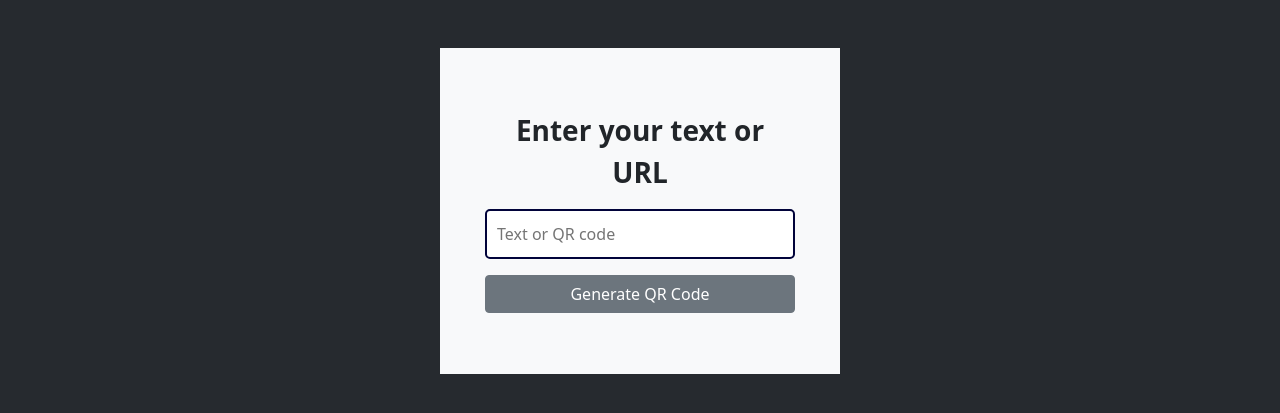
Repository: zeinawady/Qr-Code-Generator-App
Page: index.html
These files come from the project's save history. The page is drawn as it stood at one moment and after the next save; the edit follows.
The browser window is 1280 px wide. The pictures show the whole page.

Above is the page before, as saved 2024-10-30 00:32:14.

After the next save:
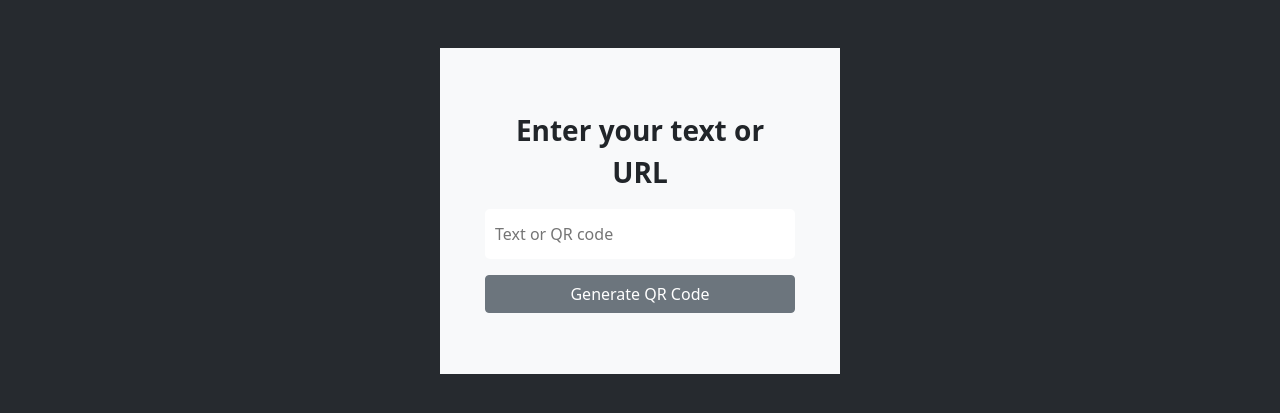
Saved 9 s later.
--- a/css/style.css
+++ b/css/style.css
@@ -8,7 +8,7 @@ body{
 input{
     width: 100%;
     height: 50px;
-    border: 2px solid #01033a;
+    border: none;
     outline: none;
     padding: 10px;
    border-radius: 5px;
